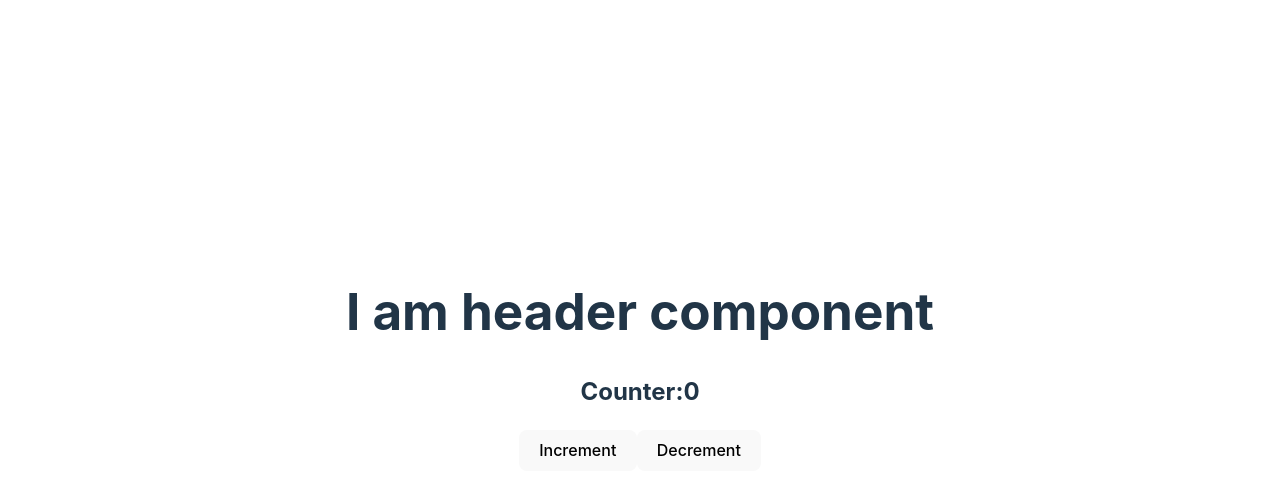
Repository: Aakash20bhatt/LearnReact
Page: / (app in Tut2/my-app/)
The author's editor kept a copy of each file at every save. The page is drawn from the files as they stood at one save, then again after the next save.
The browser window is 1280 px wide. The pictures show the whole page.
The project was rebuilt for these pictures with package versions that can differ from the ones it lists, and the page was loaded fresh each time. Also part of the build but not shown: Tut2/my-app/vite.config.js, Tut2/my-app/src/Components/UserProfile.jsx, Tut2/my-app/src/Components/Button.jsx.

Above is the page before, as saved 2024-07-24 19:39:32.

After the next save:
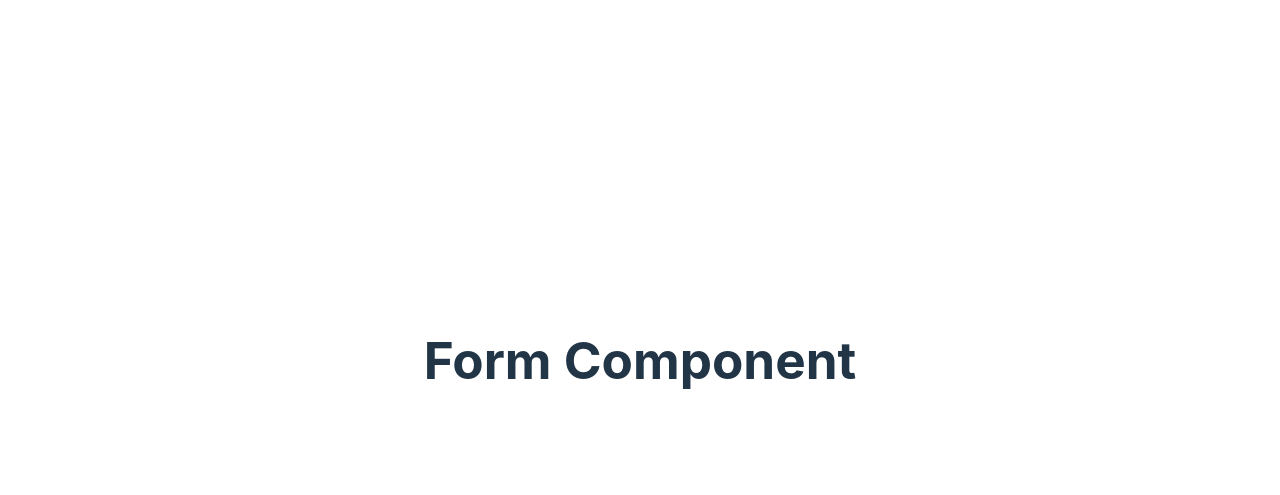
Saved 81 s later.
--- a/Tut2/my-app/src/App.jsx
+++ b/Tut2/my-app/src/App.jsx
@@ -3,6 +3,7 @@ import Header from './Components/Header';
 import UserProfile from './Components/UserProfile';
 import Button from './Components/Button';
 import Counter from './Components/Counter'
+import Form from './Components/Form'
 
 const users = [
   {name:"John",age:"15",location:"India"},
@@ -17,10 +18,11 @@ function App() {
 
   return (
     <>
-      <Header/>
-      {/* <Button/> */}
+      <Form/>
+      {/* <Header/>
+      <Button/>
       <Counter/>
-      {/* {users.map((user,index)=>{
+      {users.map((user,index)=>{
         return <UserProfile key={index} name={user.name} age={user.age} location={user.location}/>
       })} */}
     </>
